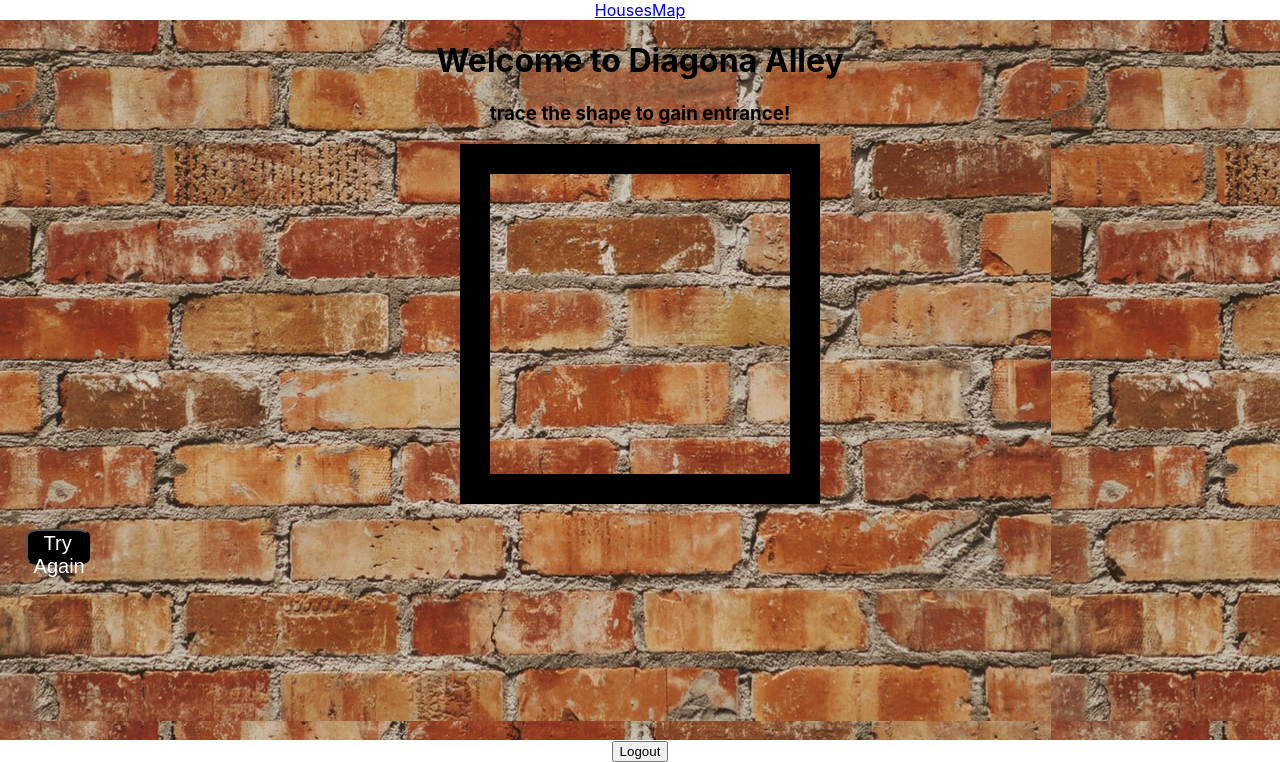
Repository: Brandon205/PotterGo
Page: /houses (app in client/)
These files come from the project's save history. The page is drawn as it stood at one moment and after the next save; the edit follows.
The browser window is 1280 px wide. The pictures show the whole page.
The project was rebuilt for these pictures with package versions that can differ from the ones it lists, and the page was loaded fresh each time. A package was used in the major version that the imports need, not the one package.json lists. Also part of the build but not shown: client/src/Homepage.jsx, client/src/Signup.js, client/src/Login.js, client/src/LoginPage.jsx, client/src/WandGenerator.jsx.

Above is the page before, as saved 2019-11-21 15:53:30.

After the next save:
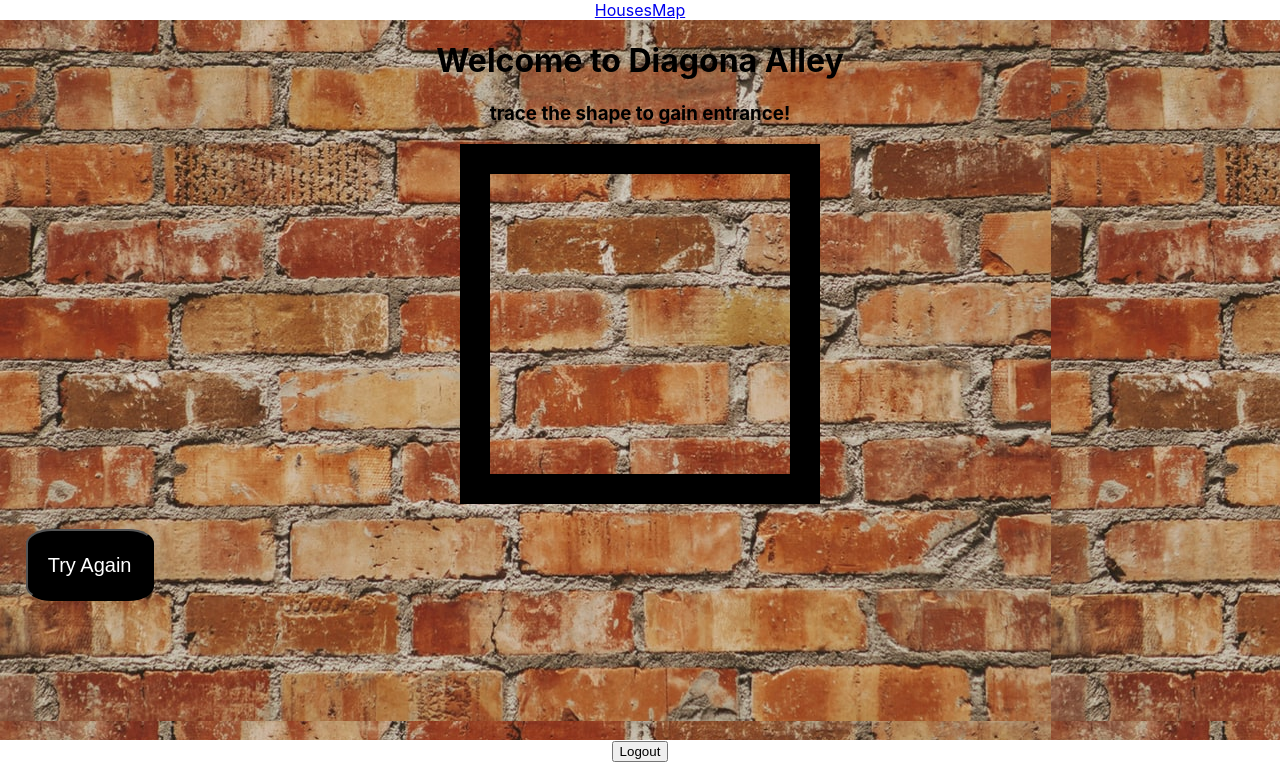
Saved 12 s later.
--- a/client/src/App.css
+++ b/client/src/App.css
@@ -48,8 +48,8 @@
 
 .tryAgain {
   margin: 2%;
-  width: 5vw;
-  height: 5vh;
+  width: 10vw;
+  height: 10vh;
   border-radius: 20%;
   background: black;
   font-size: 20px;
